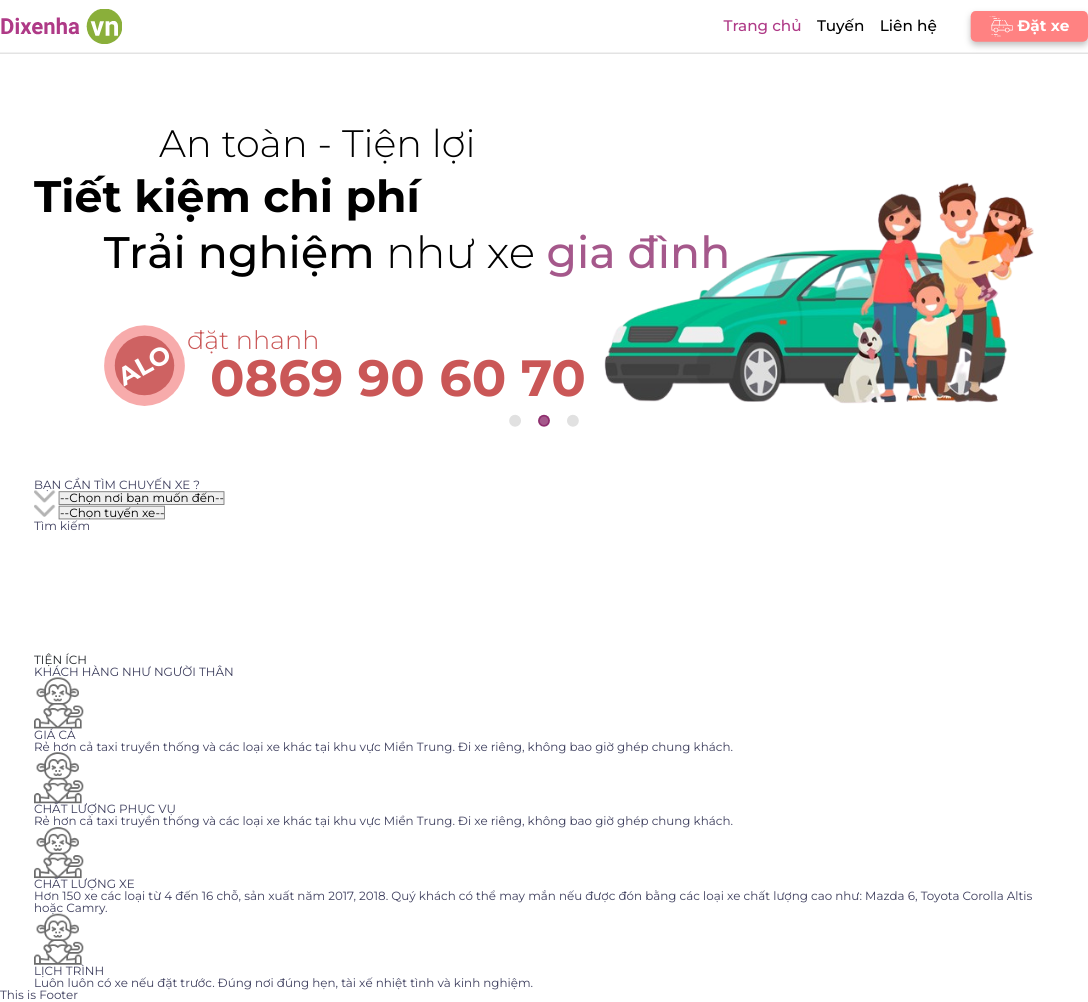
Repository: thanhthien0706/last_project--fe004
Page: lastProductF004/dist/index.html
These files come from the project's save history. The page is drawn as it stood at one moment and after the next save; the edit follows.
The browser window is 1280 px wide. The pictures show the whole page, at 85% of full size.
Some web libraries are served in a nearby version. The style sheet was rebuilt from its Sass, Less or Tailwind sources for each picture, by a compiler version that may differ from the author's.

Above is the page before, as saved 2021-09-16 21:01:22.

### lastProductF004/dist/index.html
<html lang="vi">

<head>
  <!-- include head.html -->
  <title>Trang web cho thuê xe Đà Nẵng - Hội An</title>
<meta name="viewport" content="width=device-width, initial-scale=1, shrink-to-fit=no">
<meta http-equiv="Content-type" content="text/html;charset=UTF-8">

<!-- favicon -->
<link href="/images/favicon.ico" type="image/x-icon" rel="icon">
<!-- meta social -->
<meta name="twitter:card" content="" />
<meta name="twitter:site" content="" />
<meta name="twitter:creator" content="" />
<meta property="og:description" content="" />
<meta property="og:image" content="" />
<meta property="og:site_name" content="">
<meta property="og:title" content="" />
<meta property="og:type" content="">
<meta property="og:url" content="" />
<link rel="apple-touch-icon" sizes="180x180" href="/images/favicon/apple-touch-icon.png">
<link rel="icon" type="image/png" sizes="32x32" href="/images/favicon/favicon-32x32.png">
<link rel="icon" type="image/png" sizes="16x16" href="/images/favicon/favicon-16x16.png">

<link rel="manifest" href="/manifest.json">

<meta name="mobile-web-app-capable" content="yes">
<meta name="apple-mobile-web-app-capable" content="yes">
<meta name="application-name" content="Short name web app">
<meta name="apple-mobile-web-app-title" content="Short name web app">
<meta name="theme-color" content="#00a849">
<meta name="msapplication-navbutton-color" content="#00a849">
<meta name="apple-mobile-web-app-status-bar-style" content="black-translucent">
<meta name="msapplication-starturl" content="/">


  <!-- include styles.html -->
  <link href="https://fonts.googleapis.com/css?family=Roboto|Roboto+Condensed|Roboto+Mono|Roboto+Slab&display=swap"
    rel="stylesheet">
<link href="https://fonts.googleapis.com/icon?family=Material+Icons" rel="stylesheet">


<!-- boostrap -->
<link rel="stylesheet" href="https://stackpath.bootstrapcdn.com/bootstrap/4.4.1/css/bootstrap.min.css"
    integrity="sha384-Vkoo8x4CGsO3+Hhxv8T/Q5PaXtkKtu6ug5TOeNV6gBiFeWPGFN9MuhOf23Q9Ifjh" crossorigin="anonymous">
<link rel="stylesheet" href="https://use.fontawesome.com/releases/v5.8.2/css/all.css"
    integrity="sha384-oS3vJWv+0UjzBfQzYUhtDYW+Pj2yciDJxpsK1OYPAYjqT085Qq/1cq5FLXAZQ7Ay" crossorigin="anonymous">

<link rel="stylesheet" href="https://unpkg.com/swiper/swiper-bundle.css">
<link rel="stylesheet" href="https://unpkg.com/swiper/swiper-bundle.min.css">

<link href="https://unpkg.com/aos@2.3.1/dist/aos.css" rel="stylesheet">

<!-- build:css(.tmp) style/style.min.css -->
<!-- <link rel="stylesheet" type="text/css" media="screen" href="styles/main.scss"/> -->
<link rel="stylesheet" type="text/css" media="screen" href="css/main.css" />
<!-- endbuild -->
</head>

<body class="wrapper">
  <header class="main_header">
  <div class="container_edit">
    <div class="box_main_content">
      <div class="box_logo">
        <img src="../../images/logo.svg" alt="logo" class="img_logo">
      </div>
      <div class="box_main_menu">
        <ul class="lista_menu">
          <li class="item_list">
              <a href="#" class="active">Trang chủ</a>
          </li>
          <li class="item_list">
              <a href="#">Tuyến</a>
          </li>
          <li class="item_list">
              <a href="#">Liên hệ</a>
          </li>
        </ul>
        <a href="#" class="btn_dat_xe">
          <img src="images/icon/ic_car-1.svg" alt="">
          <span class="text">Đặt xe</span>
        </a>
      </div>
    </div>
  </div>

</header>

  <section>

    <section class="section_01">
      <div class="container_new_edit">
        <div class="box_main_slide">
          <!-- slide 1 -->
          <div class="box_content_slide">

            <div class="box_slogan">
              <p class="slogan_1">An toàn - Tiện lợi</p>
              <p class="slogan_2">Tiết kiệm chi phí</p>
              <p class="slogan_3"><span class="sp_slogan_1">Trải nghiệm</span> như xe <span class="sp_slogan_2">gia đình</span></p>
            </div>

            <div class="box_contact">
              <div class="box_icon">
                <div class="shape_1"></div>
                <div class="shape_2"></div>
                <p class="icon">ALO</p>
              </div>
              <div class="box_text">
                <p>đặt nhanh</p>
                <p class="sdt">
                  0869 90 60 70
                </p>
              </div>
            </div>

            <div class="box_img">
              <img src="images/bg/bg_image-1.png" alt="">
            </div>

          </div>

          <!-- slide 2 -->
          <div class="box_content_slide">

            <div class="box_slogan">
              <p class="slogan_1">An toàn - Tiện lợi</p>
              <p class="slogan_2">Tiết kiệm chi phí</p>
              <p class="slogan_3"><span class="sp_slogan_1">Trải nghiệm</span> như xe <span class="sp_slogan_2">gia đình</span></p>
            </div>

            <div class="box_contact">
              <div class="box_icon">
                <div class="shape_1"></div>
                <div class="shape_2"></div>
                <p class="icon">ALO</p>
              </div>
              <div class="box_text">
                <p>đặt nhanh</p>
                <p class="sdt">
                  0869 90 60 70
                </p>
              </div>
            </div>

            <div class="box_img">
              <img src="images/bg/bg_image-1.png" alt="">
            </div>

          </div>

          <!-- slide 3 -->
          <div class="box_content_slide">

            <div class="box_slogan">
              <p class="slogan_1">An toàn - Tiện lợi</p>
              <p class="slogan_2">Tiết kiệm chi phí</p>
              <p class="slogan_3"><span class="sp_slogan_1">Trải nghiệm</span> như xe <span class="sp_slogan_2">gia đình</span></p>
            </div>

            <div class="box_contact">
              <div class="box_icon">
                <div class="shape_1"></div>
                <div class="shape_2"></div>
                <p class="icon">ALO</p>
              </div>
              <div class="box_text">
                <p>đặt nhanh</p>
                <p class="sdt">
                  0869 90 60 70
                </p>
              </div>
            </div>

            <div class="box_img">
              <img src="images/bg/bg_image-1.png" alt="">
            </div>

          </div>

        </div>
      </div>
    </section>
    <section class="section_02">
      <div class="container_new_edit">
        <div class="row_edit">
          <div class="box_left">
            <p>BẠN CẦN TÌM CHUYẾN XE ?</p>
            <section class="section_list_sec">

              <div class="box_main--sec">
                <span class="arrow">
                  <img src="images/icon/ic_arrow--down.png" alt="">
                </span>
                <select name="" id="" class="select_main">
                  <option value="1">--Chọn nơi bạn muốn đến--</option>
                  <option value="1">Đà nẵng</option>
                  <option value="1">Nha Trang</option>
                  <option value="1">Huế</option>
                </select>
              </div>

              <div class="box_main--sec">
                <span class="arrow">
                  <img src="images/icon/ic_arrow--down.png" alt="">
                </span>
                <select name="" id="" class="select_main">
                  <option value="1">--Chọn tuyến xe--</option>
                  <option value="1">Tuyến 1</option>
                  <option value="1">Tuyến 2</option>
                  <option value="1">Tuyến 3</option>
                </select>
              </div>

              <a href="#" class="btn_search">Tìm kiếm</a>
            </section>
          </div>
          <div class="box_right">
            <img src="images/bg/bg_img-2.svg" alt="">
          </div>
        </div>
      </div>
    </section>
    <section class="section_03">
      <div class="container_new_edit">
        <div class="box_header">
          <span>TIỆN ÍCH</span>
          <h2>KHÁCH HÀNG NHƯ NGƯỜI THÂN</h2>
        </div>
        <div class="box_tien-ich_main">
          <div class="box_grid">
            <div class="item_grid">
              <div class="box_conten">
                <div class="box_logo">
                  <img src="images/icon/ic_monkey.png" alt="">
                </div>
                <div class="box_text--main">
                  <h2>GIÁ CẢ</h2>
                  <p>
                    Rẻ hơn cả taxi truyền thống và các loại xe khác tại khu vực Miền Trung.
                    Đi xe riêng, không bao giờ ghép chung khách.
                  </p>
                </div>
              </div>
            </div>
            <div class="item_grid">
              <div class="box_conten">
                <div class="box_logo">
                  <img src="images/icon/ic_monkey.png" alt="">
                </div>
                <div class="box_text--main">
                  <h2>CHẤT LƯỢNG PHỤC VỤ</h2>
                  <p>
                    Rẻ hơn cả taxi truyền thống và các loại xe khác tại khu vực Miền Trung.
                    Đi xe riêng, không bao giờ ghép chung khách.
                  </p>
                </div>
              </div>
            </div>
            <div class="item_grid">
              <div class="box_conten">
                <div class="box_logo">
                  <img src="images/icon/ic_monkey.png" alt="">
                </div>
                <div class="box_text--main">
                  <h2>CHẤT LƯỢNG XE</h2>
                  <p>
                    Hơn 150 xe các loại từ 4 đến 16 chỗ, sản xuất năm 2017, 2018.
                    Quý khách có thể may mắn nếu được đón bằng các loại xe chất lượng cao
                    như: Mazda 6, Toyota Corolla Altis hoặc Camry.
                  </p>
                </div>
              </div>
            </div>
            <div class="item_grid">
              <div class="box_conten">
                <div class="box_logo">
                  <img src="images/icon/ic_monkey.png" alt="">
                </div>
                <div class="box_text--main">
                  <h2>LỊCH TRÌNH</h2>
                  <p>
                    Luôn luôn có xe nếu đặt trước.
                    Đúng nơi đúng hẹn, tài xế nhiệt tình và kinh nghiệm.
                  </p>
                </div>
              </div>
            </div>
          </div>
        </div>
      </div>
    </section>

  </section>
  <footer class="main_footer">
        <h1>This is Footer</h1>
</footer>

  <!-- include scripts.html -->
  <!-- boostrap -->
<script src="https://ajax.googleapis.com/ajax/libs/jquery/3.4.1/jquery.min.js"></script>
<!-- <script src="https://code.jquery.com/jquery-3.3.1.slim.min.js"
        integrity="sha384-q8i/X+965DzO0rT7abK41JStQIAqVgRVzpbzo5smXKp4YfRvH+8abtTE1Pi6jizo"
        crossorigin="anonymous"></script> -->
<script src="https://cdnjs.cloudflare.com/ajax/libs/popper.js/1.14.7/umd/popper.min.js"
        integrity="sha384-UO2eT0CpHqdSJQ6hJty5KVphtPhzWj9WO1clHTMGa3JDZwrnQq4sF86dIHNDz0W1"
        crossorigin="anonymous"></script>
<script src="https://stackpath.bootstrapcdn.com/bootstrap/4.3.1/js/bootstrap.min.js"
        integrity="sha384-JjSmVgyd0p3pXB1rRibZUAYoIIy6OrQ6VrjIEaFf/nJGzIxFDsf4x0xIM+B07jRM"
        crossorigin="anonymous"></script>



<!-- build:js script/script.min.js -->
<script type="text/javascript" src="js/slick.js"></script>
<script type="text/javascript" src="js/script.js"></script>
<!-- endbuild -->

<script src="https://unpkg.com/aos@2.3.1/dist/aos.js"></script>
</body>

</html>

### lastProductF004/src/styles/main.scss
// ----------------------------------------------------------------------
// Font
// ----------------------------------------------------------------------
@import url('https://fonts.googleapis.com/css?family=Roboto:300,400,500,700,900&subset=vietnamese');
@import url('https://cdnjs.cloudflare.com/ajax/libs/font-awesome/5.15.1/css/all.min.css');
// ----------------------------------------------------------------------
// Base
// ----------------------------------------------------------------------
@import "base/reset";
@import "base/fonts";
@import "base/base";

// ----------------------------------------------------------------------
// Layout
// ----------------------------------------------------------------------
@import "layout/slick";
@import "layout/global";
@import "layout/keyframes";
@import "layout/header";
@import "layout/footer";

// ----------------------------------------------------------------------
// Pages
// ----------------------------------------------------------------------
@import "pages/homepage";

### lastProductF004/src/styles/base/_fonts.scss
@import url('https://fonts.googleapis.com/css2?family=Montserrat:wght@100;200;300;400;500;600;700;800;900&display=swap');
// font-family: 'Montserrat', sans-serif;

### lastProductF004/src/styles/layout/_keyframes.scss
@include keyframes(faderighttoleft) {
    from {
        opacity: 0;
        right: -50px;
    }

    to {
        opacity: 1;
        right: 0;
    }
}

@include keyframes(face_text_slide) {
    from {
        opacity: 0;
        top: 20px;
    }

    to {
        opacity: 1;
        top: 0;
    }
}
@include keyframes(showcar_home) {
    from {
        opacity: 0;
        visibility: hidden;
        bottom: -10px;
    }

    to {
        opacity: 1;
        visibility: visible;
        bottom: 0;
    }
}

@include keyframes(showcar) {
    from {
        opacity: 0;
        visibility: hidden;
        bottom: -10px;
    }

    to {
        opacity: 1;
        visibility: visible;
        bottom: -24px;
    }
}

@include keyframes(xoayphone) {
    0% {
        @include xoay(-45deg);
    }

    50% {
        @include xoay(25deg);
    }

    100% {
        @include xoay(0deg);
    }
}

@include keyframes(onloadtabs) {
    from {
        opacity: 0;
        visibility: hidden;
        left: -10px;
    }

    to {
        opacity: 1;
        visibility: visible;
        left: 0;
    }
}

@include keyframes(showhomecar) {
    from {
        opacity: 0;
        visibility: hidden;
        min-height: 0;
        bottom: -20px;
    }

    to {
        opacity: 1;
        visibility: visible;
        min-height: 240px;
        bottom: 0;
    }
}

### lastProductF004/src/styles/layout/_header.scss
.container_edit{
    max-width: 1360px;
    width: 100%;
    margin: 0 auto;
}

.main_header{
    padding: 10px 0;
    background-color: #fff;
    border-bottom: 1px solid rgba(0, 0, 0, 0.22);
    .box_main_content{
        display: flex;
        flex-direction: row;
        justify-content: space-between;
        align-items: center;
        .box_logo{
            img{
                width: auto;
                height: 42px;
                object-fit: cover;
            }
        }
        .box_main_menu{
            display: flex;
            flex-direction: row;
            justify-self: center;
            align-items: center;
            .lista_menu{
                display: flex;
                flex-direction: row;
                justify-content: space-between;
                align-items: center;
                margin-right: 40px;
                .item_list{
                    margin-right:18px;
                    a{
                        font-size:18px;
                        color:#000;
                        font-weight: 500;
                        text-decoration: none;
                        transition: 0.5s;
                        &.active{
                            color:#AF3A87;
                        }
                        &:hover{
                            color:#AF3A87;
                        }
                    }
                    &:last-child{
                        margin-right:0;
                    }
                }
            }
            .btn_dat_xe{
                display: flex;
                flex-direction: row;
                justify-content: space-between;
                align-items: center;
                padding: 6px 22px;
                background-color: #FF8282;
                border-radius: 6px;
                text-decoration: none;
                filter: drop-shadow(0px 4px 4px rgba(0, 0, 0, 0.25));
                transition: 0.5s;
                &:hover{
                    opacity: 0.8;
                }
                img{
                    margin-right: 5px;
                }
                span{
                    font-size:18px;
                    color:#fff;
                    font-weight: bold;
                }
            }
        }
    }
}

### lastProductF004/src/styles/pages/_homepage.scss
html {
    scroll-behavior: smooth;
}

.container_new_edit{
    max-width: 1200px;
    width: 100%;
    margin: 0 auto;
}

.section_01{
    min-height:500px;
    padding: 83px 0;
    // width: 100%;
    .box_main_slide{
        .box_content_slide{
            position: relative;
            height: 334px;
            .box_slogan{
                position: absolute;
                top: 0;
                left: 0;
                .slogan_1{
                    @include font_size(45);
                    font-weight: 300;
                    color: #000;
                    margin-bottom: 14px;
                    margin-left: 147px;
                }
                .slogan_2{
                    @include font_size(52);
                    font-weight: bold;
                    color: #000;
                    margin-bottom: 14px;
                }
                .slogan_3{
                    @include font_size(52);
                    font-weight: 300;
                    color: #000;
                    margin-bottom: 14px;
                    margin-left: 82px;

                    .sp_slogan_1{
                        font-weight: 500;
                    }
                    .sp_slogan_2{
                        font-weight:500;
                        color: rgba(135, 32, 100, 0.75);
                    }
                }
            }
            .box_contact{
                position: absolute;
                display: flex;
                flex-direction: row;
                align-items: center;
                bottom: 5;
                left: 130px;
                .box_icon{
                    position: relative;
                    .shape_1{
                        position: absolute;
                        width: 95px;
                        height: 95px;
                        background-color:  rgba(245, 151, 151, 0.8);
                        top: 50%;
                        left: 50%;
                        transform: translate(-50%,-50%);
                        border-radius: 50%;
                    }
                    .shape_2{
                        position: absolute;
                        width: 70px;
                        height: 70px;
                        background-color: rgba(197, 81, 81, 0.8);
                        top: 50%;
                        left: 50%;
                        transform: translate(-50%,-50%);
                        border-radius: 50%;
                    }
                    p{
                        @include font_size(30);
                        font-weight: bold;
                        color: #fff;
                        text-align: center;
                        position: absolute;
                        top: 50%;
                        left: 50%;
                        transform: translate(-50%, -50%) rotate(-29deg);
                    }
                }

                .box_text{
                    margin-left: 50px;
                    p{
                        @include font_size(30);
                        font-weight: 300;
                        color: #CA5757;;
                    }
                    .sdt{
                        @include font_size(60);
                        font-weight: bold;
                        margin-left: 27px;
                    }
                }
            }
            .box_img{
                position: absolute;
                right: -44px;
                bottom: -54px;
                img{
                    width: auto;
                    height: 365px;
                    object-fit: cover;
                }
            }
        }
        .slick-dots{
            position: absolute;
            bottom: -22px;
            left: 0;
            right: 0;
            display: flex;
            flex-direction: row;
            align-items: center;
            justify-content: center;
            @include maxWidth(480px) {
                bottom: 30px;
            }
            li {
                margin-right: 20px;

                button {
                  height: 14px;
                  width: 14px;
                  background: #e1e1e1;
                  text-indent: -9999px;
                  display: block;
                  border: 2px solid #e1e1e1;
                  border-radius: 50%;
                  padding: 0;
                  outline: none
                }

                &:last-child {
                  margin-right: 0;
                }

                &.slick-active {
                  button {
                    border: 2px solid rgba(135, 32, 100, 0.75);
                    background-color: rgba(135, 32, 100, 0.75);
                  }
                }
              }
        }
    }
}

Loaded but not shown: lastProductF004/dist/js/slick.js (library); lastProductF004/src/styles/base/_reset.scss (common file); lastProductF004/src/styles/layout/_slick.scss (common file); lastProductF004/dist/js/script.js (13 lines, source omitted); lastProductF004/src/styles/base/_base.scss (976 lines, source omitted); lastProductF004/src/styles/layout/_global.scss (187 lines, source omitted); lastProductF004/src/styles/layout/_footer.scss (no stored copy; drawn as an empty file)

After the next save:
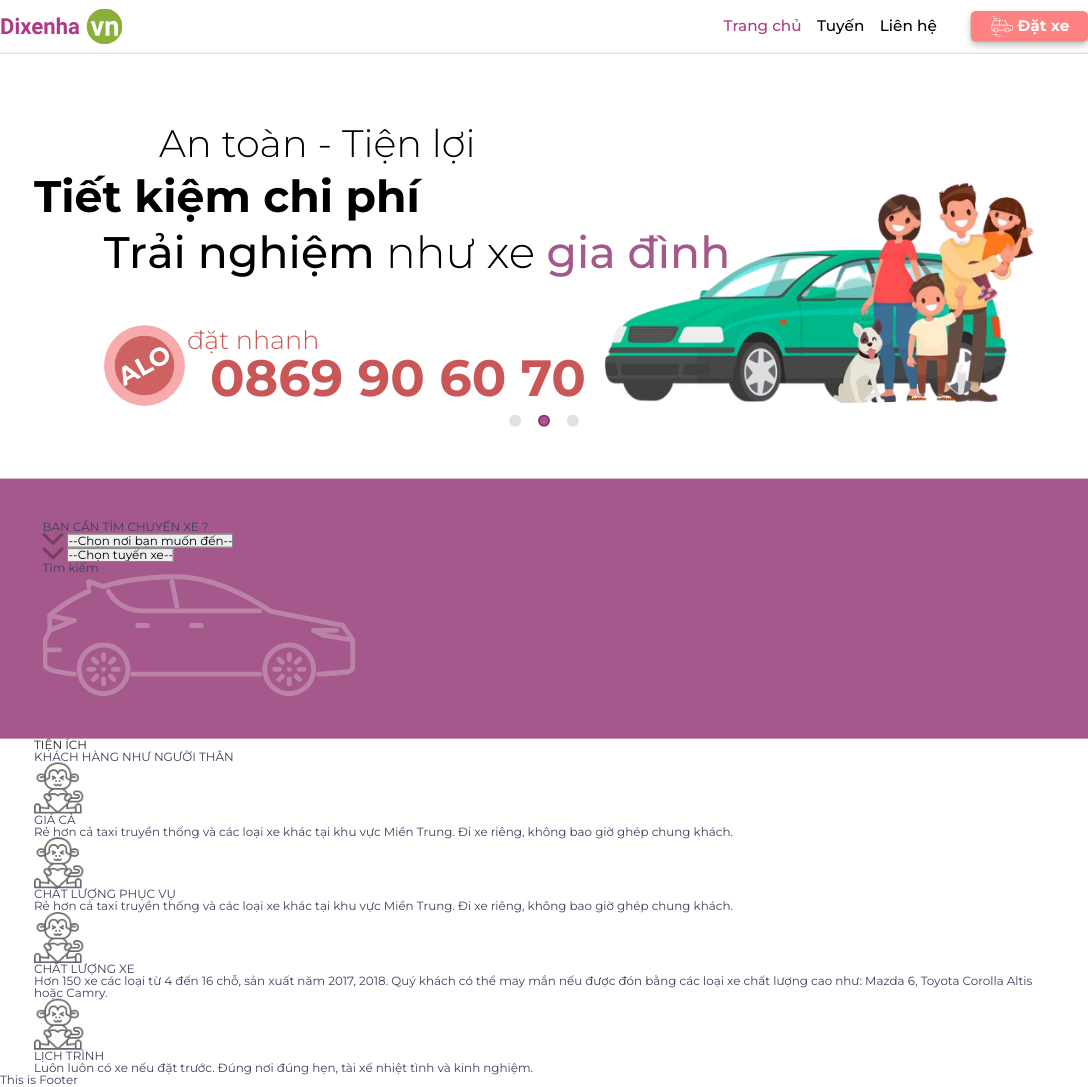
Saved 24 s later.
--- a/lastProductF004/src/styles/pages/_homepage.scss
+++ b/lastProductF004/src/styles/pages/_homepage.scss
@@ -156,3 +156,8 @@ html {
         }
     }
 }
+
+.section_02{
+    padding: 50px;
+    background-color:  rgba(135, 32, 100, 0.75);
+}
